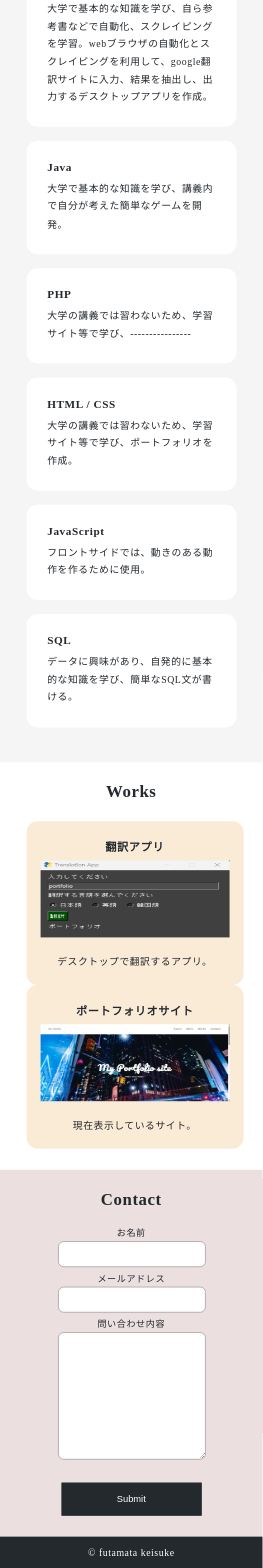
Repository: F-ksk/portfolio
Page: index.html
The author's editor kept a copy of each file at every save. The page is drawn from the files as they stood at one save, then again after the next save.
The browser window is 375 px wide. The pictures show the part of the page from y = 1583 to 3823 px (the page is 3823 px tall), at 70% of full size.

Above is the page before, as saved 2023-06-30 00:18:12.

After the next save:
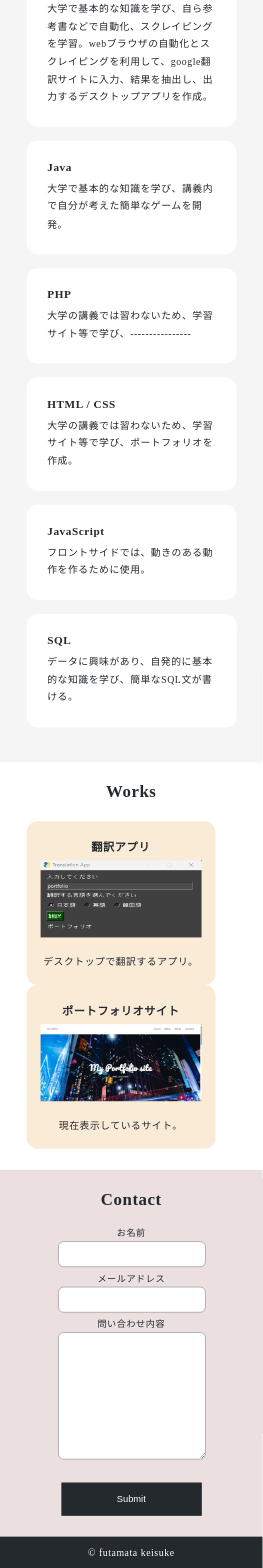
Saved 49 s later.
--- a/css/style.css
+++ b/css/style.css
@@ -279,7 +279,7 @@
         justify-content: space-between;
         width: 90%;
         flex-wrap: wrap;
-        flex-direction: column;
+        /*flex-direction: column;*/
     }
 
     #works img {

After the save that followed:
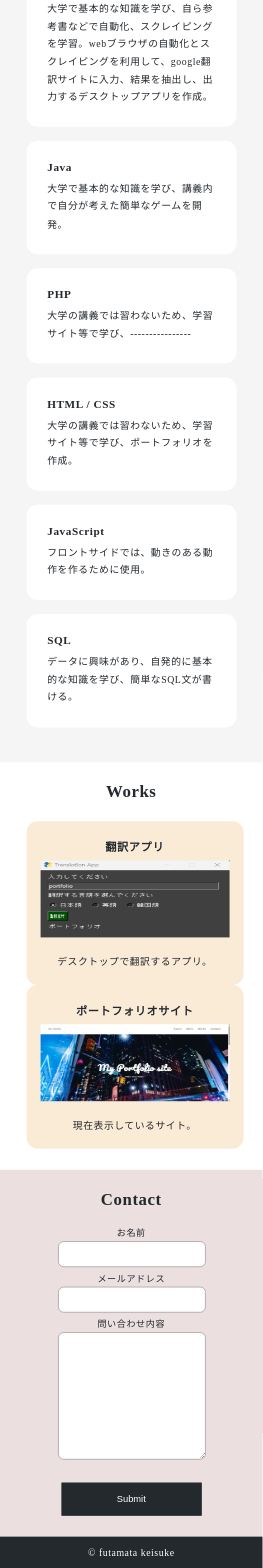
Saved 67 s later.
--- a/css/style.css
+++ b/css/style.css
@@ -275,11 +275,8 @@
     }
 
     .work-item {
-        display: flex;
-        justify-content: space-between;
         width: 90%;
-        flex-wrap: wrap;
-        /*flex-direction: column;*/
+        flex-direction: column;
     }
 
     #works img {
@@ -289,6 +286,7 @@
 
     .work-description {
         width: 100%;
+
     }
 
     #contact form {
